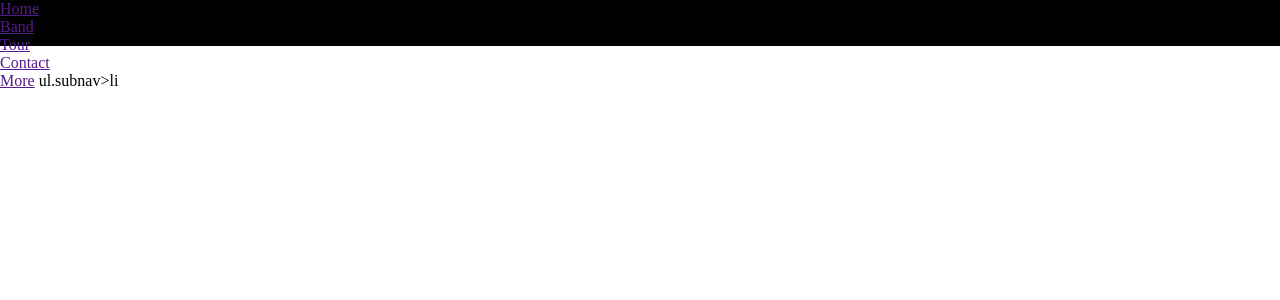
Repository: minhnguyennn/w3_band_music
Page: index.html
The author's editor kept a copy of each file at every save. The page is drawn from the files as they stood at one save, then again after the next save.
The browser window is 1280 px wide. The pictures show the whole page.

Above is the page before, as saved 2023-02-17 15:01:06.

### index.html
<!DOCTYPE html>
<html lang="en">
<head>
    <meta charset="UTF-8">
    <meta http-equiv="X-UA-Compatible" content="IE=edge">
    <meta name="viewport" content="width=device-width, initial-scale=1.0">
    <title>Document</title>
    <link rel="stylesheet" href="./assets/css/style.css">
</head>
<body>
    <div id="main">
        <div id="header">
            <ul id="nav">
                <li><a href="">Home</a></li>
                <li><a href="">Band</a></li>
                <li><a href="">Tour</a></li>
                <li><a href="">Contact</a></li>
                <li>
                    <a href="">More</a>
                    ul.subnav>li
                </li>
            </ul>
        </div>

        <div id="slider">

        </div>

        <div id="content">

        </div>

        <div id="footer">

        </div>

    </div>
</body>
</html>

### assets/css/style.css
/* Reset CSS */
* {
    padding: 0;
    margin: 0;
    box-sizing: border-box;
}

#main {

}

#header {
    height: 46px;
    background-color: #000;
}

#slider {

}

#content {

}

#footer {

}

After the next save:
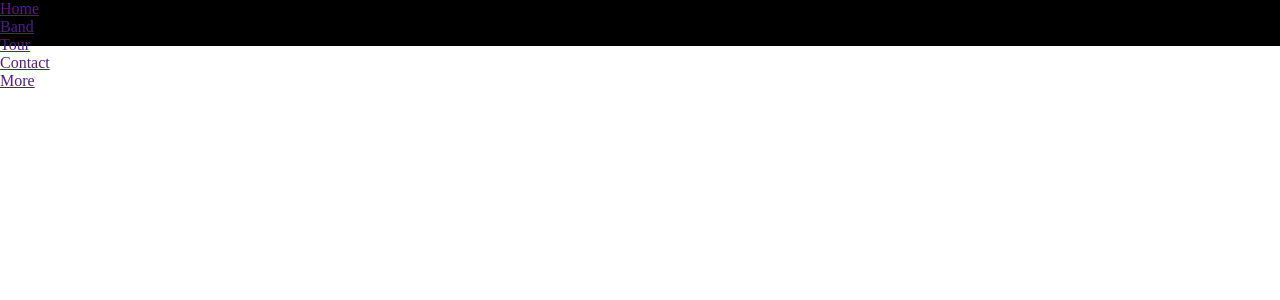
Saved 4 s later.
--- a/index.html
+++ b/index.html
@@ -17,7 +17,11 @@
                 <li><a href="">Contact</a></li>
                 <li>
                     <a href="">More</a>
-                    ul.subnav>li
+                    <ul class="subnav">
+                        <li><a href=""></a></li>
+                        <li><a href=""></a></li>
+                        <li><a href=""></a></li>
+                    </ul>
                 </li>
             </ul>
         </div>
